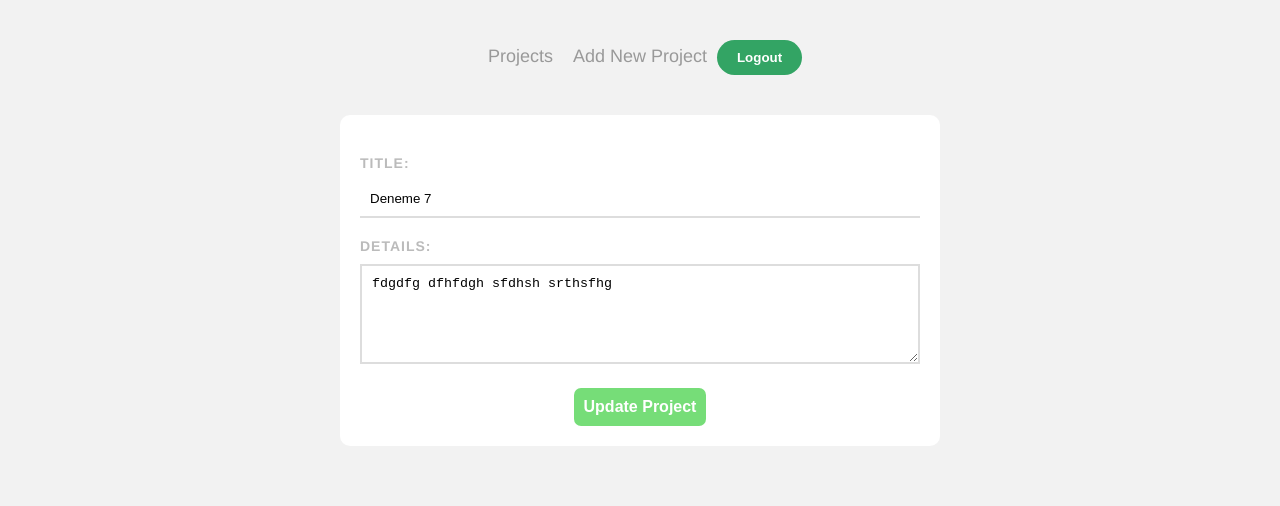
Repository: sercanisli/task-app
Page: /project/6
An editor plug-in stored every save of this project. The page is shown before and after the next save, followed by the edit.
The browser window is 1280 px wide. The pictures show the whole page.
The project was rebuilt for these pictures with package versions that can differ from the ones it lists, and the page was loaded fresh each time. Requests to the local data server were answered from the project's data file. Also part of the build but not shown: vue.config.js, src/components/SingleProject.vue, src/components/FilterNav.vue, src/views/Home.vue, src/assets/main.css. Imported but missing from the stored project, and not drawn on this page: src/views/AddProject.vue.

Above is the page before, as saved 2024-05-06 22:49:02.

### public/index.html
<!DOCTYPE html>
<html lang="">
  <head>
    <meta charset="utf-8">
    <meta http-equiv="X-UA-Compatible" content="IE=edge">
    <meta name="viewport" content="width=device-width,initial-scale=1.0">
    <link rel="icon" href="<%= BASE_URL %>favicon.ico">
    <title><%= htmlWebpackPlugin.options.title %></title>
    <link href="https://fonts.googleapis.com/icon?family=Material+Icons"
      rel="stylesheet">
  </head>
  <body>
    <noscript>
      <strong>We're sorry but <%= htmlWebpackPlugin.options.title %> doesn't work properly without JavaScript enabled. Please enable it to continue.</strong>
    </noscript>
    <div id="app"></div>
    <!-- built files will be auto injected -->
  </body>
</html>

### src/App.vue
<template>
  <div>
    <Navbar />
    <router-view/>
  </div>
</template>

<script>
import Navbar from "./components/Navbar.vue";
  export default {
    components:{
      Navbar
    }
  }
</script>

<style>
body{
  background: #f2f2f2;
}
#app {
  font-family: Avenir, Helvetica, Arial, sans-serif;
  -webkit-font-smoothing: antialiased;
  -moz-osx-font-smoothing: grayscale;
  max-width: 600px;
  margin: 0 auto;
  color: #555;
}
</style>

### src/router/index.js
import { createRouter, createWebHistory } from 'vue-router'
import Home from '../views/Home.vue'

const routes = [
  {
    path: '/',
    name: 'home',
    component: Home
  },
  {
    path: '/add',
    name: 'AddProject',
    component: () => import('../views/AddProject.vue')
  },
  {
    path: '/project/:id',
    name: 'EditProject',
    component: () => import('../views/EditProject.vue'),
    props:true
  },
  {
    path: '/welcome',
    name: 'Welcome',
    component: () => import('../views/Welcome.vue'),
  }
]

const router = createRouter({
  history: createWebHistory(process.env.BASE_URL),
  routes
})

export default router

### src/components/Navbar.vue
<template>
  <nav class="main-nav">
    <router-link :to="{ name: 'home' }">Projects</router-link>
    <router-link :to="{ name: 'AddProject' }">Add New Project</router-link>
    <button class="button" @click="handleClick">Logout</button>
  </nav>
</template>

<script>
export default {};
</script>

import useLogout from '../composables/useLogout'; export default { setup() {
const {logout, error} = useLogout(); const handleClick = async () => { await
logout(); if(!error.value){ } } return {handleClick} } }

<style>
.main-nav {
  text-align: center;
  margin: 40px auto;
}
.main-nav a {
  display: inline-block;
  text-decoration: none;
  margin: 0 10px;
  color: #999;
  font-size: 18px;
}
a.router-link-active {
  border-bottom: 2px solid #76dd78;
  padding-bottom: 4px;
  color: #76dd78;
}
button {
  justify-content: end !important;
  text-decoration: none;
  background: #33a464;
  color: #fff;
  font-weight: bold;
  border: 0;
  border-radius: 20px;
  padding: 10px 20px;
  cursor: pointer;
}
</style>

### src/views/EditProject.vue
<template>
  <form @submit.prevent="handleSubmit">
    <label>Title:</label>
    <input type="text" v-model="title" required />
    <label>Details:</label>
    <textarea v-model="details" required></textarea>
    <button>Update Project</button>
  </form>
</template>

<script>
export default {
    props:['id'],
    data(){
        return {
            title:'',
            details:'',
            uri:"http://localhost:3000/projects/" + this.id
        }
    },
    mounted(){
        fetch(this.uri)
            .then(response => response.json())
            .then(data=>{
                this.title = data.title,
                this.details = data.details
            });
    },
    methods:{
        handleSubmit(){
            fetch(this.uri, {
                method:'PATCH',
                headers: { "Content-Type": "application/json" },
                body: JSON.stringify({
                    title:this.title,
                    details:this.details
                })
            })
                .then(() => this.$router.push("/"))
                .catch((error) => console.log(error));
        },
    },
};
</script>

<style>
form {
    background: #fff;
    padding: 20px;
    border-radius: 10px;
  }
  label {
    display: block;
    color: #bbb;
    text-transform: uppercase;
    font-size: 14px;
    font-weight: bold;
    letter-spacing: 1px;
    margin: 20px 0 10px 0;
  }
  input {
    padding: 10px;
    border: 0;
    border-bottom: 2px solid #ddd;
    width: 100%;
    box-sizing: border-box;
  }
  textarea {
    border: 2px solid #ddd;
    padding: 10px;
    width: 100%;
    box-sizing: border-box;
    height: 100px;
  }
  form button {
    display: block;
    margin: 20px auto 0;
    background: #76dd78;
    color: #fff;
    padding: 10px;
    border: 0;
    border-radius: 7px;
    font-size: 16px;
  }
</style>

### data/db.json
{
    "projects": [
      {
        "id": 1,
        "title": "Deneme 0",
        "details": "Lorem Ipsum is simply Lorem Ipsum has been the industry's standard dummy text ever since the 1500s, when an unknown printer took a galley of type and scrambled it to make a type specimen book. aaaaaaaaaaaa",
        "complete": true
      },
      {
        "id": 2,
        "title": "Deneme 2",
        "details": "Lorem Ipsum is simply dummy text of the printing and typesetting industry. Lorem Ipsum has been the industry's standard dummy text ever since the 1500s, when an unknown printer took a galley of type and scrambled it to make a type specimen book.",
        "complete": false
      },
      {
        "id": 3,
        "title": "Deneme 3",
        "details": "Lorem Ipsum has been the industry's standard dummy text ever since the 1500s, when an unknown printer took a galley of type and scrambled it to make a type specimen book.",
        "complete": true
      },
      {
        "id": 4,
        "title": "Deneme 4",
        "details": "Lorem Ipsum is simply dummy text of the printing and typesetting industry. Lorem Ipsum has been the industry's standard dummy text ever since the 1500s.",
        "complete": false
      },
      {
        "title": "Deneme 5",
        "details": "asfasdf gsdg erhdshs thfsgh",
        "complete": true,
        "id": 5
      },
      {
        "title": "Deneme 7",
        "details": "fdgdfg dfhfdgh sfdhsh srthsfhg",
        "complete": false,
        "id": 6
      }
    ]
  }

Loaded but not shown: src/main.js (common file)

After the next save:
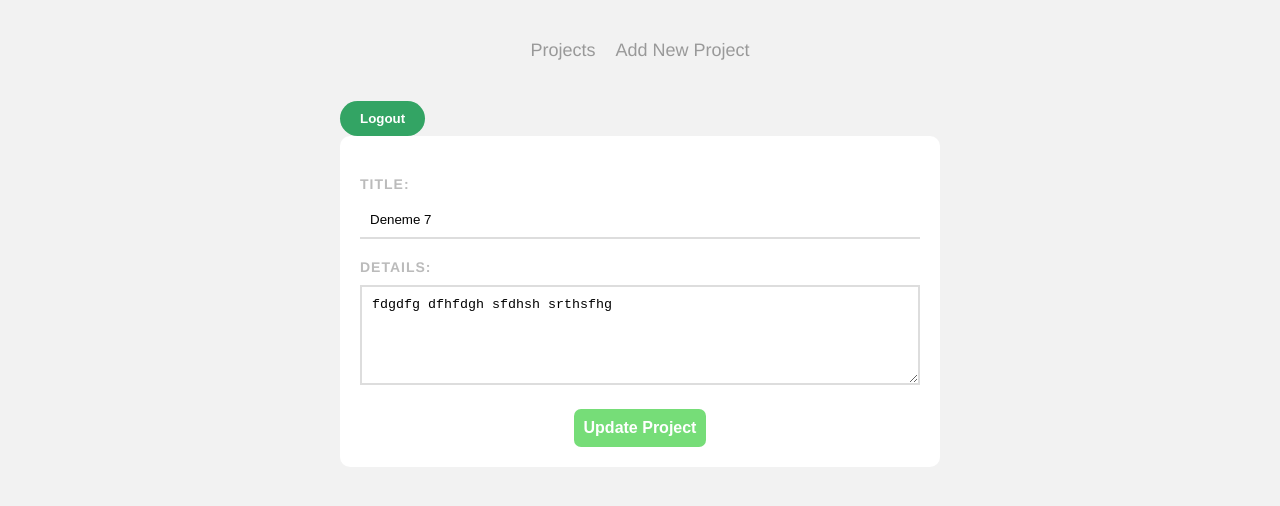
Saved 71 s later.
--- a/src/components/Navbar.vue
+++ b/src/components/Navbar.vue
@@ -2,8 +2,8 @@
   <nav class="main-nav">
     <router-link :to="{ name: 'home' }">Projects</router-link>
     <router-link :to="{ name: 'AddProject' }">Add New Project</router-link>
-    <button class="button" @click="handleClick">Logout</button>
   </nav>
+  <button class="button" @click="handleClick">Logout</button>
 </template>
 
 <script>

After the save that followed:
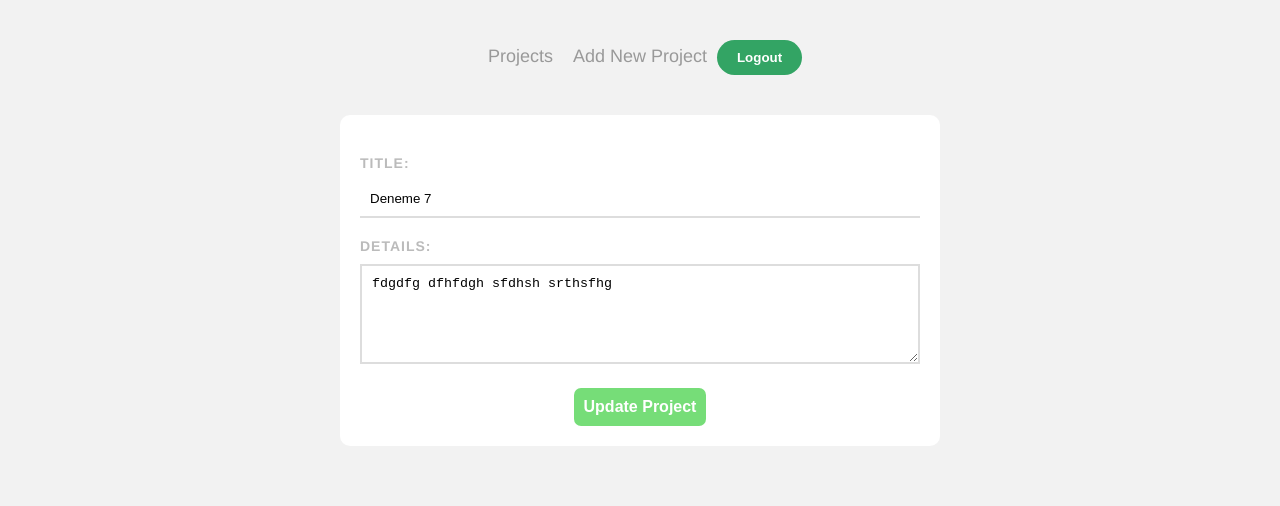
Saved 19 s later.
--- a/src/components/Navbar.vue
+++ b/src/components/Navbar.vue
@@ -2,8 +2,8 @@
   <nav class="main-nav">
     <router-link :to="{ name: 'home' }">Projects</router-link>
     <router-link :to="{ name: 'AddProject' }">Add New Project</router-link>
+    <button class="button" @click="handleClick">Logout</button>
   </nav>
-  <button class="button" @click="handleClick">Logout</button>
 </template>
 
 <script>
